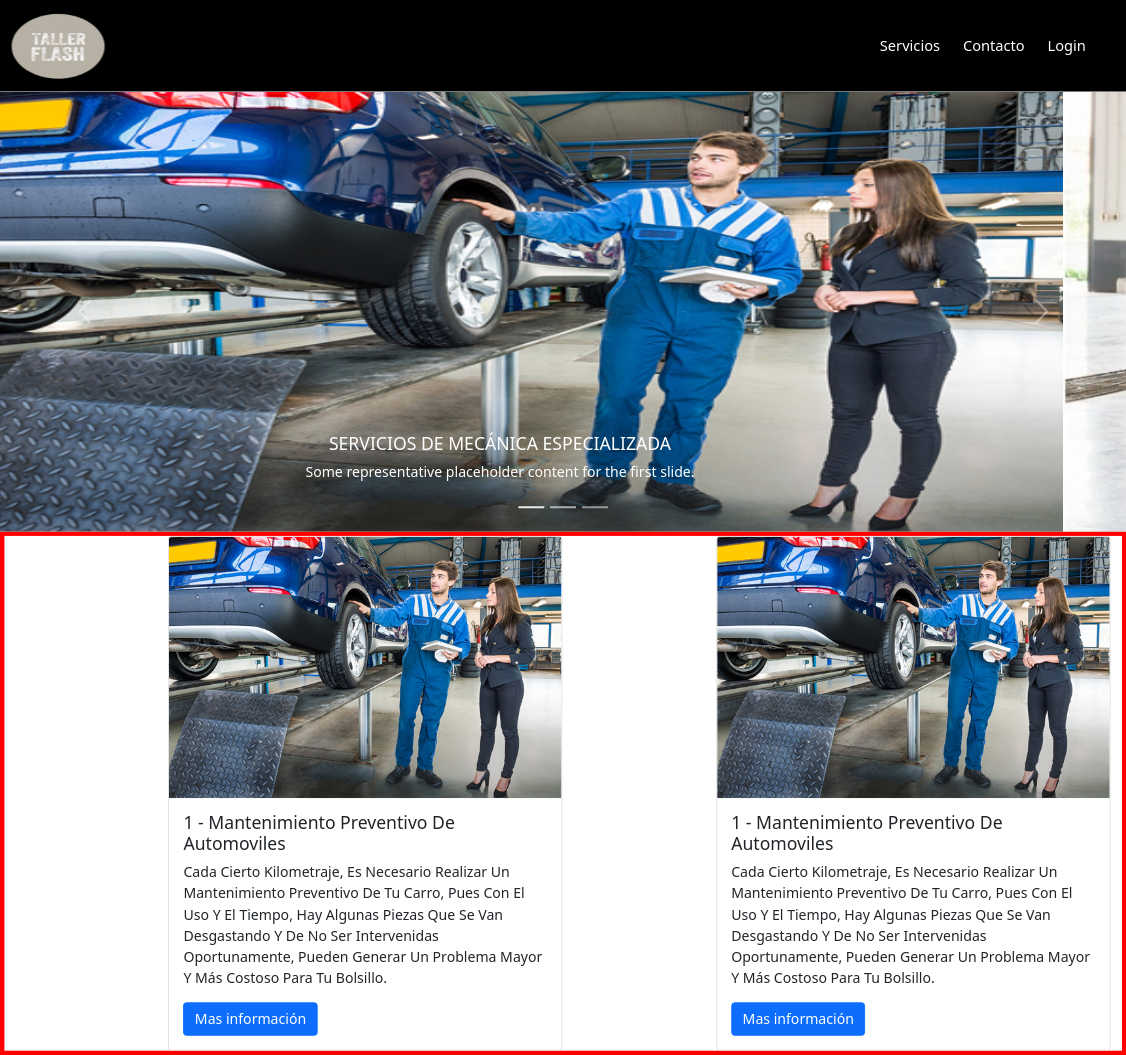
Repository: nder1996/Boostrap.Taller.Arquitectura
Page: Index.html
These files come from the project's save history. The page is drawn as it stood at one moment and after the next save; the edit follows.
The browser window is 1280 px wide. The pictures show the whole page, at 88% of full size.

Above is the page before, as saved 2021-07-23 06:21:16.

### Index.html
<!DOCTYPE html>
<html lang="en">

<head>
	<meta charset="UTF-8">
	<meta name="viewport" content="width=device-width, initial-scale=1.0">
	<link rel="shortcut icon" href="img/Logo.png">
	<link href="https://cdn.jsdelivr.net/npm/bootstrap@5.0.2/dist/css/bootstrap.min.css" rel="stylesheet"
		integrity="sha384-EVSTQN3/azprG1Anm3QDgpJLIm9Nao0Yz1ztcQTwFspd3yD65VohhpuuCOmLASjC" crossorigin="anonymous">
	<link rel="stylesheet" href="https://cdnjs.cloudflare.com/ajax/libs/font-awesome/5.15.3/css/all.min.css"
		integrity="sha512-iBBXm8fW90+nuLcSKlbmrPcLa0OT92xO1BIsZ+ywDWZCvqsWgccV3gFoRBv0z+8dLJgyAHIhR35VZc2oM/gI1w=="
		crossorigin="anonymous" referrerpolicy="no-referrer" />
	<link rel="stylesheet" href="css/style.css">
	<title>Taller Automotriz</title>
</head>

<body>

	<nav class="navbar navbar-expand-lg navbar-light">
		<div class="container-fluid">
			<a class="navbar-brand" href="#"><img src="img/Logo.png" alt="" style='width: 110px; height: 78px;'></a>
			<button class="navbar-toggler" type="button" data-bs-toggle="collapse" data-bs-target="#navbarNav"
				aria-controls="navbarNav" aria-expanded="false" aria-label="Toggle navigation">
				<span class="navbar-toggler-icon"></span>
			</button>
			<div class="collapse navbar-collapse" id="navbarNav">
				<ul class="navbar-nav ms-auto">
					<li class="nav-item">
						<a class="nav-link active" aria-current="page" href="#">Servicios</a>
					</li>
					<li class="nav-item">
						<a class="nav-link" href="#">Contacto</a>
					</li>
					<li class="nav-item">
						<a class="nav-link" href="#">Login</a>
					</li>
				</ul>
			</div>
		</div>
	</nav>
	<div id="carouselExampleCaptions" class="carousel slide" data-bs-ride="carousel">
		<div class="carousel-indicators">
			<button type="button" data-bs-target="#carouselExampleCaptions" data-bs-slide-to="0" class="active"
				aria-current="true" aria-label="Slide 1"></button>
			<button type="button" data-bs-target="#carouselExampleCaptions" data-bs-slide-to="1"
				aria-label="Slide 2"></button>
			<button type="button" data-bs-target="#carouselExampleCaptions" data-bs-slide-to="2"
				aria-label="Slide 3"></button>
		</div>
		<div class="carousel-inner">
			<div class="carousel-item active">
				<img src="img/Mantenimiento_1.jpg" class="d-block w-100" alt="...">
				<div class="carousel-caption d-none d-md-block">
					<h5>SERVICIOS DE MECÁNICA
						ESPECIALIZADA</h5>
					<p>Some representative placeholder content for the first slide.</p>
				</div>
			</div>
			<div class="carousel-item">
				<img src="img/Mantenimiento_3.png" class="d-block w-100" alt="...">
				<div class="carousel-caption d-none d-md-block">
					<h5>SERVICIOS DE MECÁNICA
						ESPECIALIZADA</h5>
					<p>Some representative placeholder content for the second slide.</p>
				</div>
			</div>
			<div class="carousel-item">
				<img src="img/Mantenimiento_2.png" class="d-block w-100" alt="...">
				<div class="carousel-caption d-none d-md-block">
					<h5>Third slide label</h5>
					<p>Some representative placeholder content for the third slide.</p>
				</div>
			</div>
		</div>
		<button class="carousel-control-prev" type="button" data-bs-target="#carouselExampleCaptions"
			data-bs-slide="prev">
			<span class="carousel-control-prev-icon" aria-hidden="true"></span>
			<span class="visually-hidden">Previous</span>
		</button>
		<button class="carousel-control-next" type="button" data-bs-target="#carouselExampleCaptions"
			data-bs-slide="next">
			<span class="carousel-control-next-icon" aria-hidden="true"></span>
			<span class="visually-hidden">Next</span>
		</button>
	</div>


	<div class="Servicios container-fluid">
		<div class="card" style="width: 28rem;">
			<img src="img/Mantenimiento_1.jpg" class="card-img-top" alt="...">
			<div class="card-body">
			  <h5 class="card-title">1 - Mantenimiento Preventivo De Automoviles</h5>
			  <p class="card-text">Cada Cierto Kilometraje, Es Necesario Realizar Un Mantenimiento Preventivo De Tu Carro, Pues Con El Uso Y El Tiempo, Hay Algunas Piezas Que Se Van Desgastando Y De No Ser Intervenidas Oportunamente, Pueden Generar Un Problema Mayor Y Más Costoso Para Tu Bolsillo.</p>
			  <a href="#" class="btn btn-primary">Mas información</a>
			</div>
		  </div>

		  <div class="card" style="width: 28rem;">
			<img src="img/Mantenimiento_1.jpg" class="card-img-top" alt="...">
			<div class="card-body">
			  <h5 class="card-title">1 - Mantenimiento Preventivo De Automoviles</h5>
			  <p class="card-text">Cada Cierto Kilometraje, Es Necesario Realizar Un Mantenimiento Preventivo De Tu Carro, Pues Con El Uso Y El Tiempo, Hay Algunas Piezas Que Se Van Desgastando Y De No Ser Intervenidas Oportunamente, Pueden Generar Un Problema Mayor Y Más Costoso Para Tu Bolsillo.</p>
			  <a href="#" class="btn btn-primary">Mas información</a>
			</div>
		  </div>




	</div>
	<!--
		<div><img src="img/Mantenimiento_2.png" alt="" width="300px" height="300px"></div>
		<div><img src="img/Mantenimiento_3.png" alt="" width="300px" height="300px"></div>
		<div><img src="img/Mantenimiento_4.png" alt="" width="300px" height="300px"></div>
		-->











	<script src="https://cdn.jsdelivr.net/npm/bootstrap@5.0.2/dist/js/bootstrap.bundle.min.js"
		integrity="sha384-MrcW6ZMFYlzcLA8Nl+NtUVF0sA7MsXsP1UyJoMp4YLEuNSfAP+JcXn/tWtIaxVXM" crossorigin="anonymous">
	</script>
	<script src="https://cdnjs.cloudflare.com/ajax/libs/jquery/3.6.0/jquery.min.js"
		integrity="sha512-894YE6QWD5I59HgZOGReFYm4dnWc1Qt5NtvYSaNcOP+u1T9qYdvdihz0PPSiiqn/+/3e7Jo4EaG7TubfWGUrMQ=="
		crossorigin="anonymous" referrerpolicy="no-referrer"></script>
</body>

</html>

### css/style.css
nav{
    background-color: black !important;
}

nav li{
    position:relative;
    margin-left: 10px;
    left:-10%;
}

nav li a{
    color:white !important;
    font-size: 1.3vw;
}

.carousel-inner{
    position:relative;
    width: 100%;
    height: 500px;
}

.carousel-item img{
    position:relative;
    width: 100%;
    height: 500px;
}

.Servicios{
    position:relative;
    display: flex;
    border:5px solid red;
}

.Servicios .card{
    margin-left:14%
}

After the next save:
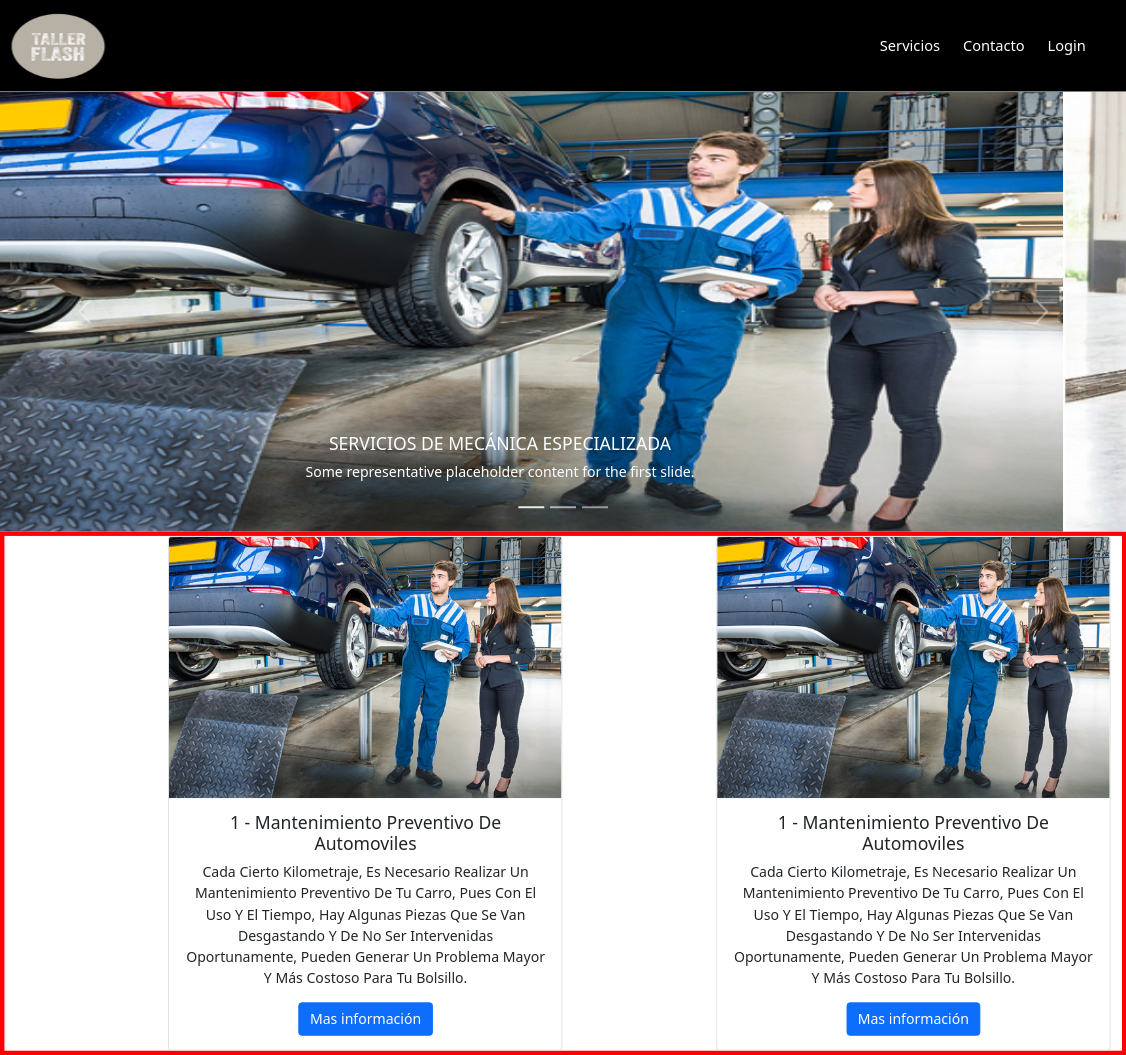
Saved 11 s later.
--- a/css/style.css
+++ b/css/style.css
@@ -32,5 +32,6 @@ nav li a{
 }
 
 .Servicios .card{
-    margin-left:14%
+    margin-left:14%;
+    text-align: center;
 }
